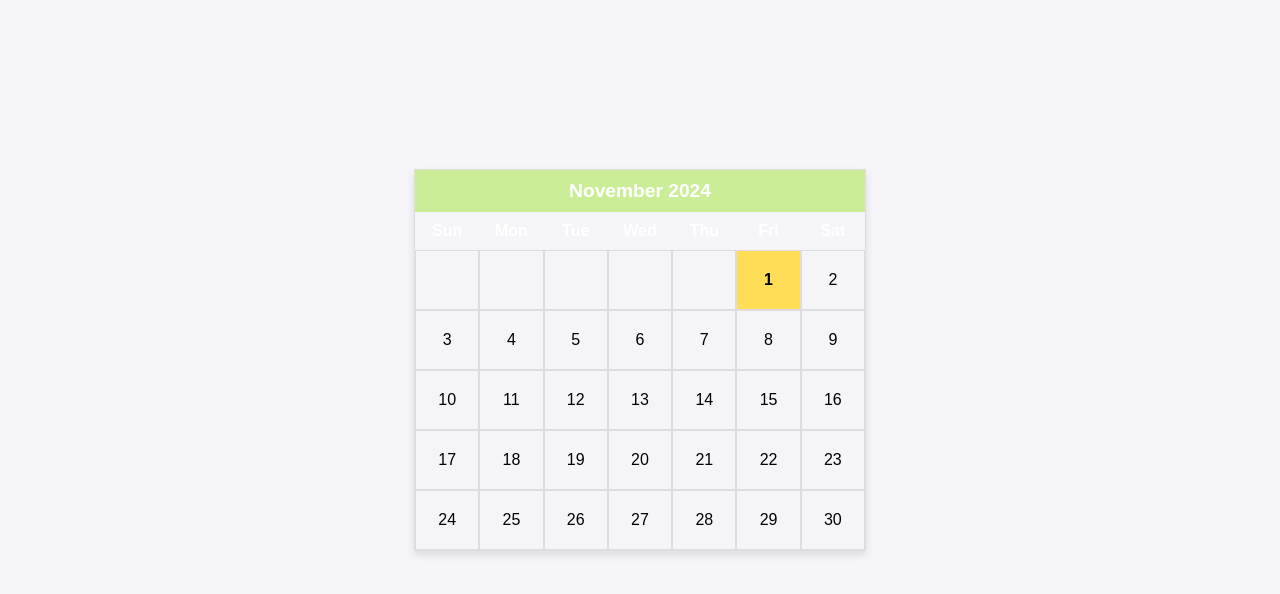
Repository: carrascokarencb37-afk/Nuura
Page: html/calendario.html
These files come from the project's save history. The page is drawn as it stood at one moment and after the next save; the edit follows.
The browser window is 1280 px wide. The pictures show the whole page.

Above is the page before, as saved 2026-05-28 23:25:07.

After the next save:
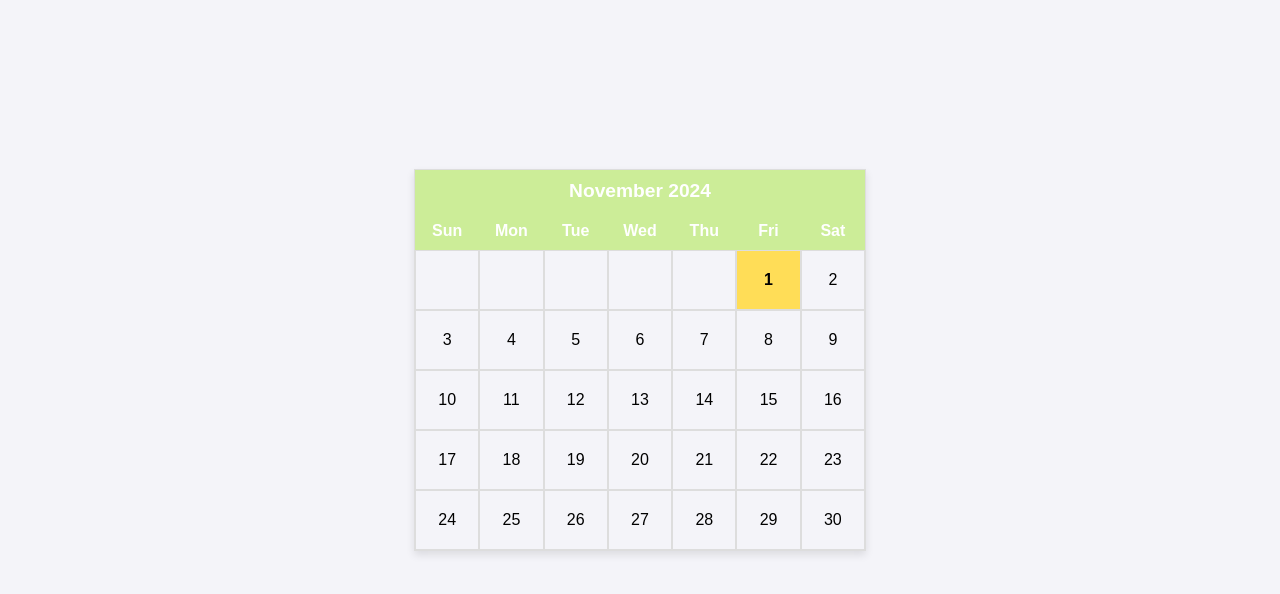
Saved 29 s later.
--- a/css/cale.css
+++ b/css/cale.css
@@ -31,7 +31,7 @@
         .calendar-days {
             display: grid;
             grid-template-columns: repeat(7, 1fr);
-            background-color: linear-gradient(to left, #8bbc5d, #cbee93f1);
+            background-color:#cbee93f1;
             color: white;
         }
 
